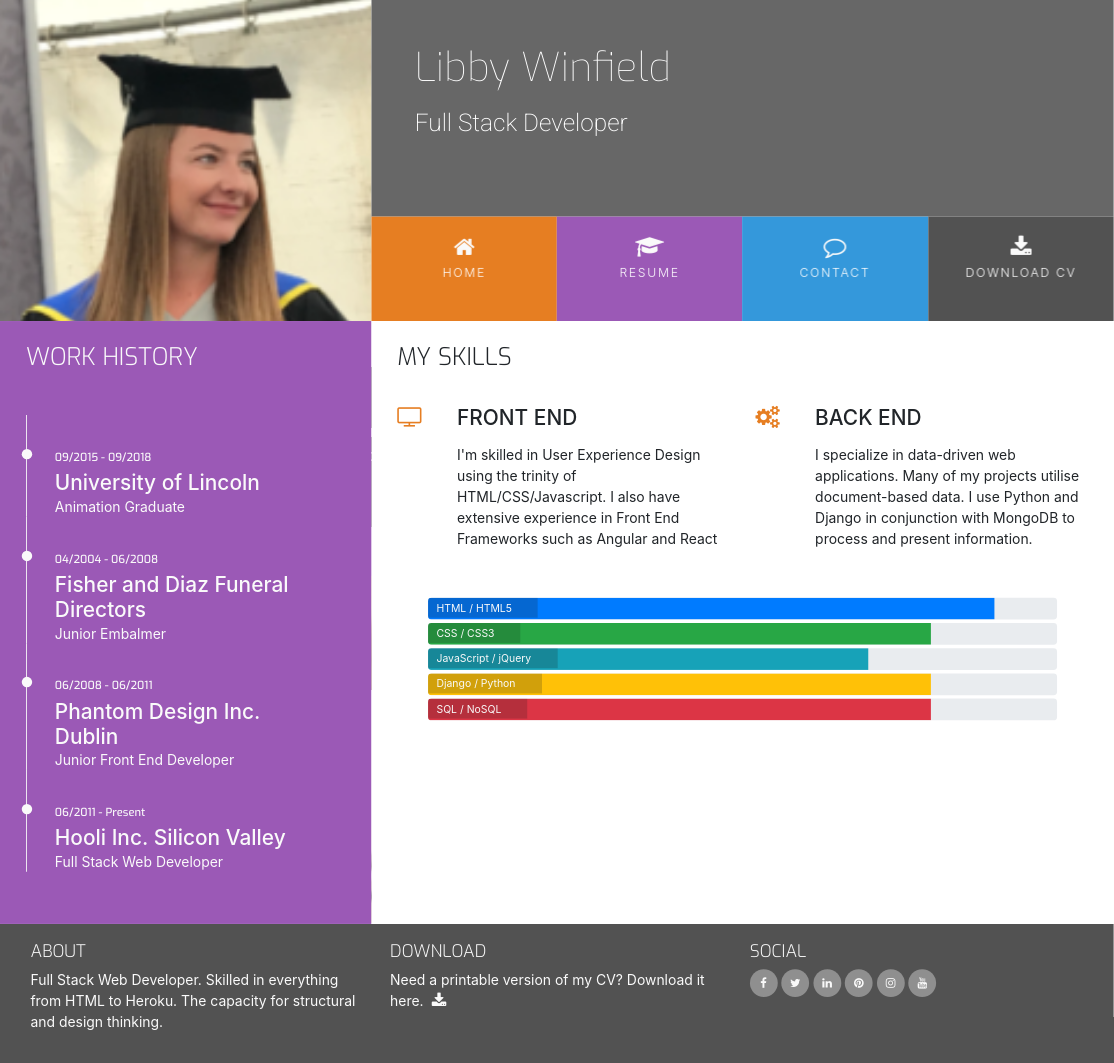
Repository: LibbyWin/CV
Page: resume.html
The author's editor kept a record of every edit. The page is drawn from the files as they stood at one moment, then again after the next edit.
The browser window is 1280 px wide. The pictures show the whole page, at 87% of full size.
Some web libraries are served in a nearby version.

Above is the page before.

### resume.html
<!DOCTYPE html>
<html lang="en">
<head>
    <meta charset="UTF-8">
    <meta name="viewport" content="width=device-width, initial-scale=1.0">
    <meta http-equiv="X-UA-Compatible" content="ie=edge">
    <link rel="stylesheet" href="https://maxcdn.bootstrapcdn.com/bootstrap/4.2.1/css/bootstrap.min.css" type="text/css" />
    <link rel="stylesheet" href="https://maxcdn.bootstrapcdn.com/font-awesome/4.7.0/css/font-awesome.min.css" type="text/css" />
    <link rel="stylesheet" href="https://cdnjs.cloudflare.com/ajax/libs/hover.css/2.1.1/css/hover-min.css" type="text/css" />
    <link rel="stylesheet" href="assets/css/style.css">
    <title>Rosie</title>
</head>
<body>
    <header>
        <div class="row no-gutters">
            <a class="col-md-4 logo" href="02-index.html"></a>
            <div class="col-md-8">
                <div class="row no-gutters bg-color-name-title">
                    <div class="col heading">
                        <h1 class="name">Libby Winfield</h1>
                        <h2 class="title"> Full Stack Developer</h2>
                    </div>
                </div>
                <div class="row no-gutters">
                    <div class="col">
                        <ul id="nav" class="list-inline menucontainer">
                            <li class="col-6 col-sm-3 list-inline-item ui-menu-color-home menuitem">
                                <a href="index.html" class="hvr-sweep-to-bottom"><i class="fa fa-home" aria-hidden="true"></i><span>Home</span></a>
                            </li>
                            <li class="col-6 col-sm-3 list-inline-item ui-menu-color-resume menuitem">
                                <a href="resume.html" class="hvr-sweep-to-bottom"><i class="fa fa-graduation-cap" aria-hidden="true"></i><span>Resume</span></a>
                            </li>
                            <li class="col-6 col-sm-3 list-inline-item ui-menu-color-contact menuitem">
                                <a href="contact.html" class="hvr-sweep-to-bottom"><i class="fa fa-comment-o" aria-hidden="true"></i><span>Contact</span></a>
                            </li>
                            <li class="col-6 col-sm-3 list-inline-item ui-menu-color-download menuitem">
                                <a href="assets/cv/Libby.pdf" target="_blank" class="hvr-sweep-to-bottom"><i class="fa fa-download" aria-hidden="true"></i><span>Download CV</span></a>
                            </li>
                        </ul>
                    </div>
                </div>
            </div>
        </div>
    </header>
    <section class="container-fluid">
        <div class="row">
            <div class="col-md-4 bg-color-work-history section-column">
                <div class="row">
                    <div class="col-12">
                        <h3 class="history-heading uppercase">
                            Work History
                        </h3>
                    </div>
                </div>
                <div class="history-items">
                    <div class="timeline-item" data-dates="09/2015 - 09/2018">
                        <h4>University of Lincoln</h4>
                        <p>Animation Graduate</p>
                    </div>
                    <div class="timeline-item" data-dates="04/2004 - 06/2008">
                        <h4>Fisher and Diaz Funeral Directors</h4>
                        <p>Junior Embalmer</p>
                    </div>
                    <div class="timeline-item" data-dates="06/2008 - 06/2011">
                        <h4>Phantom Design Inc. Dublin</h4>
                        <p>Junior Front End Developer</p>
                    </div>
                    <div class="timeline-item" data-dates="06/2011 - Present">
                        <h4>Hooli Inc. Silicon Valley</h4>
                        <p>Full Stack Web Developer</p>
                    </div>
                </div>
            </div>
            <div class="col-md-8 bg-color-three-reasons section-column">
                <div class="row">
                    <div class="col">
                        <h3 class="section-heading uppercase">My Skills</h3>
                    </div>
                </div>
                <div class="row">
                    <div class="col-10 offset-1 offset-sm-0 col-sm-4 col-md-6">
                        <div class="row">
                            <div class="col-2">
                                <i class="three-reasons-icon fa fa-tv" aria-hidden="true"></i>
                            </div>
                            <div class="col-10">
                                <h4 class="three-reasons-heading uppercase">Front End</h4>
                                <p>
                                    I'm skilled in User Experience Design using the trinity of HTML/CSS/Javascript. I also have extensive experience in Front End Frameworks such as Angular and React
                                </p>
                            </div>
                        </div>
                    </div>
                    <div class="col-10 offset-1 offset-sm-0 col-sm-4 col-md-6">
                        <div class="row">
                            <div class="col-2">
                                <i class="three-reasons-icon fa fa-gears" aria-hidden="true"></i>
                            </div>
                            <div class="col-10">
                                <h4 class="three-reasons-heading uppercase">Back End</h4>
                                <p>
                                    I specialize in data-driven web applications. Many of my projects utilise document-based data. I use Python and Django in conjunction with MongoDB to process and present information.
                                </p>
                            </div>
                        </div>
                    </div>
                </div>
                <div class="row progress-section">
                    <div class="col">
                        <div class="progress">
                            <div class="progress-bar" role="progressbar" aria-valuenow="90" aria-valuemin="0" aria-valuemax="100" style="width:90%;">
                                <span class="sr-only">90% complete</span>
                            </div>
                            <span class="progress-type">HTML / HTML5</span>
                        </div>
                        <div class="progress">
                            <div class="progress-bar bg-success" role="progressbar" aria-valuenow="80" aria-valuemin="0" aria-valuemax="100" style="width:80%;">
                                <span class="sr-only">80% complete</span>
                            </div>
                            <span class="progress-type">CSS / CSS3</span>
                        </div>
                        <div class="progress">
                            <div class="progress-bar bg-info" role="progressbar" aria-valuenow="70" aria-valuemin="0" aria-valuemax="100" style="width:70%;">
                                <span class="sr-only">70% complete</span>
                            </div>
                            <span class="progress-type">JavaScript / jQuery</span>
                        </div>
                        <div class="progress">
                            <div class="progress-bar bg-warning" role="progressbar" aria-valuenow="80" aria-valuemin="0" aria-valuemax="100" style="width:80%;">
                                <span class="sr-only">80% complete</span>
                            </div>
                            <span class="progress-type">Django / Python</span>
                        </div>
                        <div class="progress">
                            <div class="progress-bar bg-danger" role="progressbar" aria-valuenow="80" aria-valuemin="0" aria-valuemax="100" style="width:80%;">
                                <span class="sr-only">80% complete</span>
                            </div>
                            <span class="progress-type">SQL / NoSQL</span>
                        </div>
                    </div>
                </div>
            </div>
        </div>

    </section>
    <footer class="container-fluid">
        <div id="footer-details" class="row">
            <div class="col-sm-4">
                <h5 class="uppercase general-sub">About</h5>
                <p class="inline-block">
                    Full Stack Web Developer. Skilled in everything from HTML to Heroku. The capacity for structural and design thinking.
                </p>
            </div>
            <div class="col-sm-4">
                <h5 class="uppercase general-sub">Download</h5>
                <p class="inline-block">
                    Need a printable version of my CV? Download it here.
                    <a href="assets/cv/Libby.pdf" target="_blank" class="cv-pdf">
                        <i class="fa fa-download" aria-hidden="true"></i>
                        <span class="sr-only">Download link.</span>
                    </a>
                </p>
            </div>
            <div class="col-sm-4">
                <h5 class="uppercase general-sub">Social</h5>
                <ul class="list-inline social-links">
                    <li class="list-inline-item">
                        <a target="_blank" href="#">
                            <i class="fa fa-facebook" aria-hidden="true"></i>
                            <span class="sr-only">Facebook</span>
                        </a>
                    </li>
                    <li class="list-inline-item">
                        <a target="_blank" href="#">
                            <i class="fa fa-twitter" aria-hidden="true"></i>
                            <span class="sr-only">Twitter</span>
                        </a>
                    </li>
                    <li class="list-inline-item">
                        <a target="_blank" href="#">
                            <i class="fa fa-linkedin" aria-hidden="true"></i>
                            <span class="sr-only">LinkedIn</span>
                        </a>
                    </li>
                    <li class="list-inline-item">
                        <a target="_blank" href="#">
                            <i class="fa fa-pinterest" aria-hidden="true"></i>
                            <span class="sr-only">Pinterest</span>
                        </a>
                    </li>
                    <li class="list-inline-item">
                        <a target="_blank" href="#">
                            <i class="fa fa-instagram" aria-hidden="true"></i>
                            <span class="sr-only">Instagram</span>
                        </a>
                    </li>
                    <li class="list-inline-item">
                        <a target="_blank" href="#">
                            <i class="fa fa-youtube" aria-hidden="true"></i>
                            <span class="sr-only">YouTube</span>
                        </a>
                    </li>
                </ul>
            </div>
        </div>
    </footer>
</body>
</html>

### assets/css/style.css
@import url('https://fonts.googleapis.com/css?family=Roboto:100,200,300,400,500,600,700|Exo:100,200,300,400,500,600,700');

/*--------------------------------------------Colors*/

.bg-color-name-title {
    background-color: #676767;
}

.bg-color-three-reasons {
    background-color: #fff;
}

.bg-color-personal-info {
    background-color: #f4f4f4;
}

.bg-color-work-history {
    background-color: #9b59b6;
}

.bg-color-contact {
    background-color: #fff;
}

.ui-menu-color-home {
    background-color: #e67e22;
}

.ui-menu-color-resume {
    background-color: #9b59b6;
}

.ui-menu-color-contact {
    background-color: #3498db;
}

.ui-menu-color-download {
    background-color: #525252;
}

.row-table {
    display: table;
}

.section-column {
    display: table-cell;
    padding: 0 30px 30px;
    float: none;
}

.section-heading {
    font-family: "Exo", sans-serif;
    font-weight: 300;
    margin-top: 25px;
    margin-bottom: 40px;
}

/* ----------------------------------------Special paddings/margins/text */

h1,
h2,
h3,
h4 {
    margin: 0;
}

.uppercase {
    text-transform: uppercase;
}

.general-sub {
    font-family: "Exo", sans-serif;
    font-weight: 300;
    color: #fafafa;
}

.inline-block {
    display: inline-block;
}

.row-table {
    display: table;
}

.section-column {
    display: table-cell;
    padding: 0 30px 30px;
    float: none;
}

.history-heading,
.section-heading {
    font-family: "Exo", sans-serif;
    font-weight: 300;
    margin-top: 25px;
    margin-bottom: 40px;
}

/*--------------------------------------------Heading*/

header {
    margin: 0;
}

.heading {
    margin-left: 50px;
}

.logo {
    background: url("../images/IMG_1027.JPG");
    background-position: center;
    background-repeat: no-repeat;
    background-size: cover;
    min-height: 360px;
    transition: all .5s ease-in-out;
    -moz-transition: all .5s ease-in-out;
    -webkit-transition: all .5s ease-in-out;
}

.name {
    font-family: "Exo", sans-serif;
    font-weight: 100;
    font-size: 46px;
    margin-top: 50px;
    color: #fff;
}

.title {
    font-family: "Roboto", sans-serif;
    font-weight: 200;
    font-size: 28px;
    margin-top: 20px;
    margin-bottom: 90px;
    color: #fff;
}

.list-inline-item:not(:last-child) {
    margin: 0;
}

.menucontainer {
    font-size: 0;
}

#nav li {
    font-size: 14px;
    padding: 0;
}

#nav {
    margin: 0;
}

.menuitem {
    height: 120px;
    text-align: center;
    padding: 0;
}

.menuitem a {
    width: 100%;
    text-decoration: none;
    color: #fff;
    height: 120px;
}

.menuitem a i {
    padding-top: 22px;
    display: block;
    color: #fafafa;
    font-size: 26px;
}

.menuitem span {
    display: block;
    width: 100%;
    padding-top: 5px;
    text-align: center;
    text-transform: uppercase;
    font-size: 14px;
    font-weight: 300;
    letter-spacing: 2px;
}

/*--------------------------------------------Hover.css*/

.hvr-sweep-to-bottom:before {
    background: rgba(0, 0, 0, 0.2);
    height: 120px;
}

/* ----------------------------------------Footer */

footer {
    background-color: #525252;
    color: #fafafa;
    min-height: 120px;
    margin: 0;
}

.cv-pdf i {
    font-size: 18px;
    color: #fafafa;
    text-align: center;
    padding-left: 5px;
    transition: all 0.35s ease-in-out;
    -moz-transition: all 0.35s ease-in-out;
    -webkit-transition: all 0.35s ease-in-out;
    -o-transition: all 0.35s ease-in-out;
}

.cv-pdf i:hover {
    color: #e84610;
}

.social-links {
    padding-bottom: 15px;
}

.social-links li a i {
    width: 32px;
    height: 32px;
    padding: 12px 0;
    border-radius: 50%;
    font-size: 13px;
    line-height: 7px;
    text-align: center;
    color: #fafafa;
    background: #8f8f8f;
    transition: all 0.35s ease-in-out;
    -moz-transition: all 0.35s ease-in-out;
    -webkit-transition: all 0.35s ease-in-out;
    -o-transition: all 0.35s ease-in-out;
}

.social-links li a i:hover {
    background: #e84610;
}

#footer-details {
    padding: 20px;
}

/* ----------------------------------------Three Reasons */

.three-reasons-icon {
    font-size: 26px;
    color: #e67e22;
}

.three-reasons-heading {
    margin-bottom: 15px;
}

/* ----------------------------------------Personal Info */

.personal-info-item {
    margin-bottom: 20px;
    display: block;
    clear: both;
}

.personal-info-item .key,
.personal-info-item .value {
    padding-right: 8px;
    display: inline-block;
}

.personal-info-item .key p,
.personal-info-item .value p {
    margin: 0;
}

.personal-info-item .key {
    width: 30%;
    margin-right: 21px;
    padding-top: 2px;
    vertical-align: top;
}

.personal-info-item .key p {
    font-weight: 700;
}

.personal-info-item .value {
    position: relative;
    width: 60%;
}

/* ----------------------------------------Skills */

.progress {
    position: relative;
    height: 25px;
    margin-bottom: 4px;
}

.progress-type {
    position: absolute;
    left: 0px;
    font-weight: 400;
    padding: 3px 30px 2px 10px;
    color: #fafafa;
    background-color: rgba(25, 25, 25, 0.2);
}

.progress-section {
    margin: 40px 20px;
}

/* ----------------------------------------Work History */

.history-heading {
    color: #fafafa;
    margin-bottom: 50px;
}

.timeline-item {
    padding: 4em 2em 0em 2em;
    position: relative;
    color: #fafafa;
    border-left: 1px solid;
}

.timeline-item p {
    padding: 0;
    margin: 0;
}

.timeline-item:before {
    content: attr(data-dates);
    position: absolute;
    left: 2.5em;
    top: 3em;
    display: block;
    font-family: "Exo", sans-serif;
    font-weight: 500;
    font-size: 0.8em;
    padding: 0;
    margin: 0;
}

.timeline-item:after {
    width: 12px;
    height: 12px;
    display: block;
    top: 2.4em;
    position: absolute;
    left: -6px;
    border-radius: 12px;
    content: '';
    background: #fafafa;
}

.history-items {
    margin-bottom: 30px;
}

/* ----------------------------------------Contact Form */

.contact-heading {
    font-family: "Exo", sans-serif;
    font-weight: 300;
    margin-top: 25px;
    margin-bottom: 20px;
}

.center-form {
    padding-top: 10px;
    margin: 0 auto;
    max-width: 70%;
}

button[type="submit"] {
    margin-top: 15px;
    margin-bottom: 20px;
    color: #fafafa;
    background-color: #e84610;
}

/* ----------------------------------------Media Queries */

@media(min-width: 992px) {
    .center-form {
        padding-top: 30px;
        min-height: 240px;
        margin: 0 auto;
        max-width: 50%;
    }
}

After the next edit:
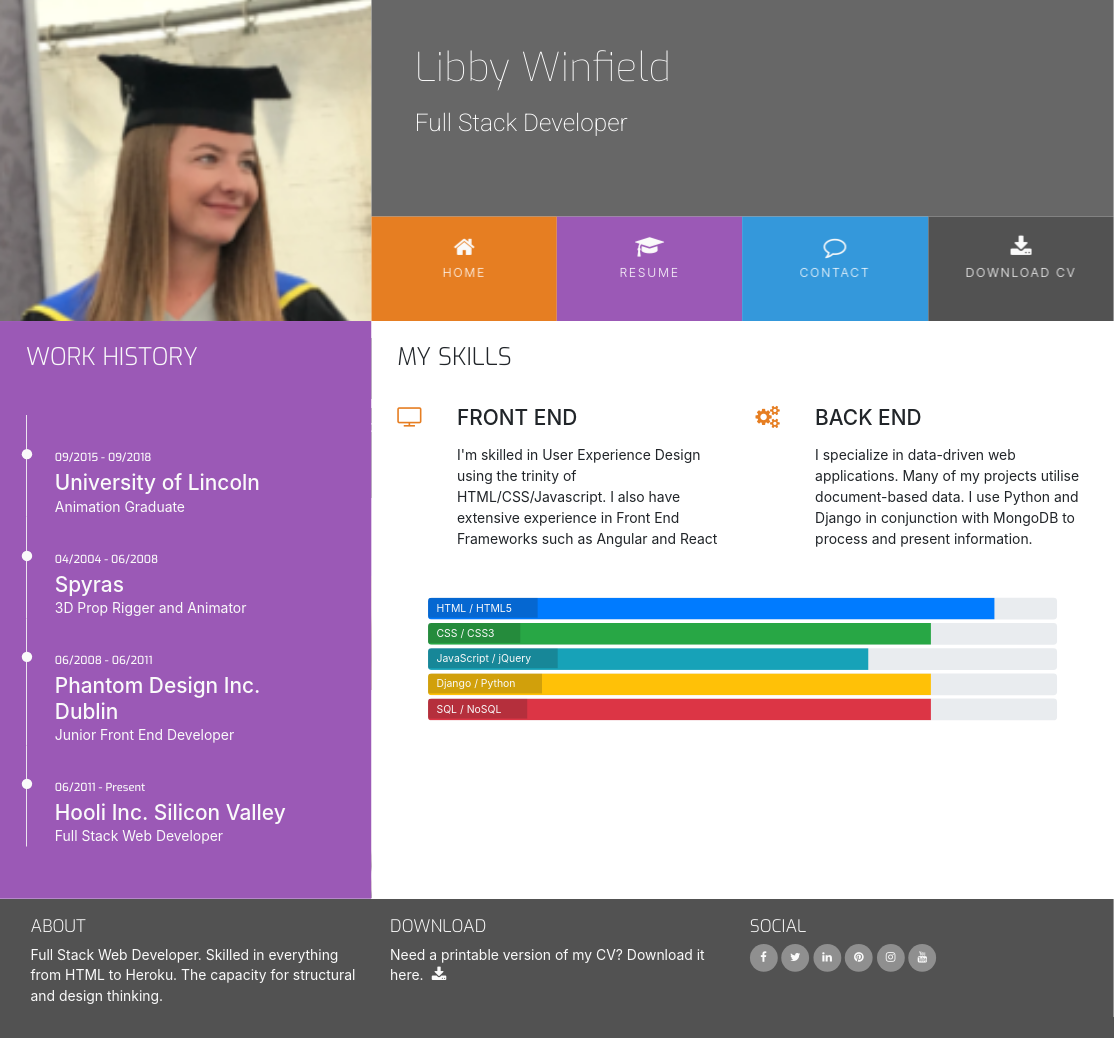
The edit:
--- a/resume.html
+++ b/resume.html
@@ -58,8 +58,8 @@
                         <p>Animation Graduate</p>
                     </div>
                     <div class="timeline-item" data-dates="04/2004 - 06/2008">
-                        <h4>Fisher and Diaz Funeral Directors</h4>
-                        <p>Junior Embalmer</p>
+                        <h4>Spyras</h4>
+                        <p>3D Prop Rigger and Animator</p>
                     </div>
                     <div class="timeline-item" data-dates="06/2008 - 06/2011">
                         <h4>Phantom Design Inc. Dublin</h4>
